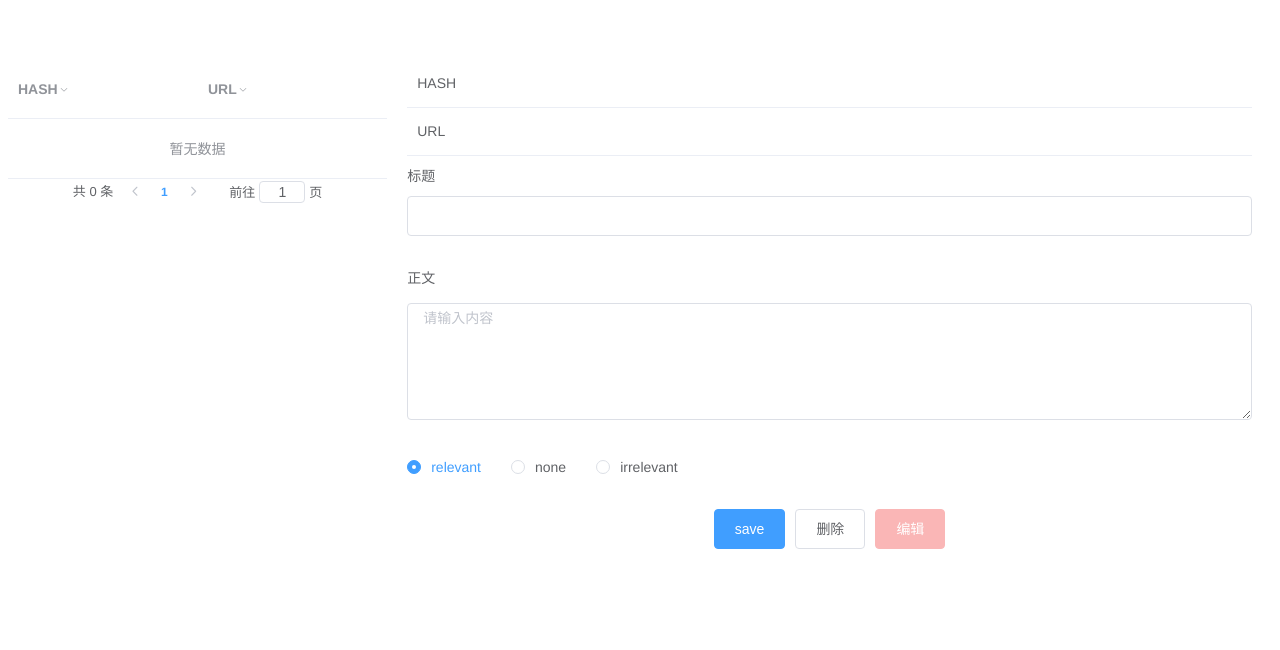
Repository: NicoleGX/TI
Page: /
The author's editor kept a copy of each file at every save. The page is drawn from the files as they stood at one save, then again after the next save.
The browser window is 1280 px wide. The pictures show the whole page.
The page's requests for data from a server got no answer. The project was rebuilt for these pictures with package versions that can differ from the ones it lists, and the page was loaded fresh each time. No one was signed in, and anything a server would have sent is missing.

Above is the page before, as saved 2019-05-30 20:46:30.

After the next save:
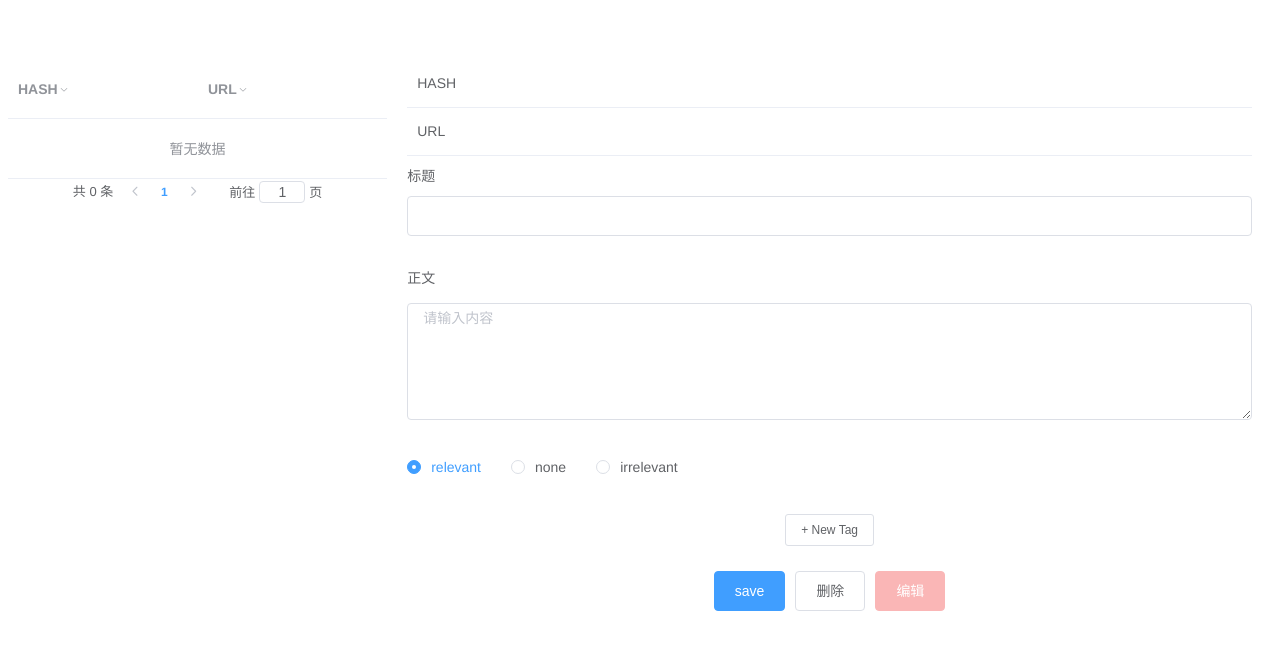
Saved 22 min 30 s later.
--- a/src/views/TextClassification.vue
+++ b/src/views/TextClassification.vue
@@ -71,6 +71,27 @@
           <el-radio v-model="form.relevant" label="none" name="type"></el-radio>
           <el-radio v-model="form.relevant" label="irrelevant" name="type"></el-radio>
         </el-form-item>
+        <el-form-item>
+          <el-tag
+            :key="tag"
+            v-for="tag in dynamicTags"
+            closable
+            :disable-transitions="false"
+            @close="handleClose(tag)">
+            {{tag}}
+          </el-tag>
+          <el-input
+            class="input-new-tag"
+            v-if="inputVisible"
+            v-model="inputValue"
+            ref="saveTagInput"
+            size="small"
+            @keyup.enter.native="handleInputConfirm"
+            @blur="handleInputConfirm"
+          >
+          </el-input>
+          <el-button v-else class="button-new-tag" size="small" @click="showInput">+ New Tag</el-button>
+        </el-form-item>
         <el-button type="primary" v-if="has_edit" disabled>save</el-button>
         <el-button type="primary" @click="onSubmit" v-else>save</el-button>
         <el-button v-if="has_edit" disabled>删除</el-button>
@@ -208,6 +229,25 @@ export default {
       else {
         this.toastr.warning('请选择数据')
       }
+    },
+    handleClose(tag) {
+      this.dynamicTags.splice(this.dynamicTags.indexOf(tag), 1);
+    },
+
+    showInput() {
+      this.inputVisible = true;
+      this.$nextTick(_ => {
+        this.$refs.saveTagInput.$refs.input.focus();
+      });
+    },
+
+    handleInputConfirm() {
+      let inputValue = this.inputValue;
+      if (inputValue) {
+        this.dynamicTags.push(inputValue);
+      }
+      this.inputVisible = false;
+      this.inputValue = '';
     }
   },
   data() {
@@ -224,7 +264,10 @@ export default {
         hash: '',
         title: '',
         text: '',
-        relevant: 'relevant'
+        relevant: 'relevant',
+        dynamicTags: [],
+        inputVisible: false,
+        inputValue: ''
       },
       currentPage: 1,
       pagesize: 10,
@@ -239,11 +282,25 @@ export default {
 .el-table .warning-row {
   background: #fff;
 }
-
 .el-table .success-row {
   background: #f0f9eb;
 }
 .el-table .info-row {
   background: #f2f6fc;
 }
+.el-tag + .el-tag {
+  margin-left: 10px;
+}
+.button-new-tag {
+  margin-left: 10px;
+  height: 32px;
+  line-height: 30px;
+  padding-top: 0;
+  padding-bottom: 0;
+}
+.input-new-tag {
+  width: 90px;
+  margin-left: 10px;
+  vertical-align: bottom;
+}
 </style>
